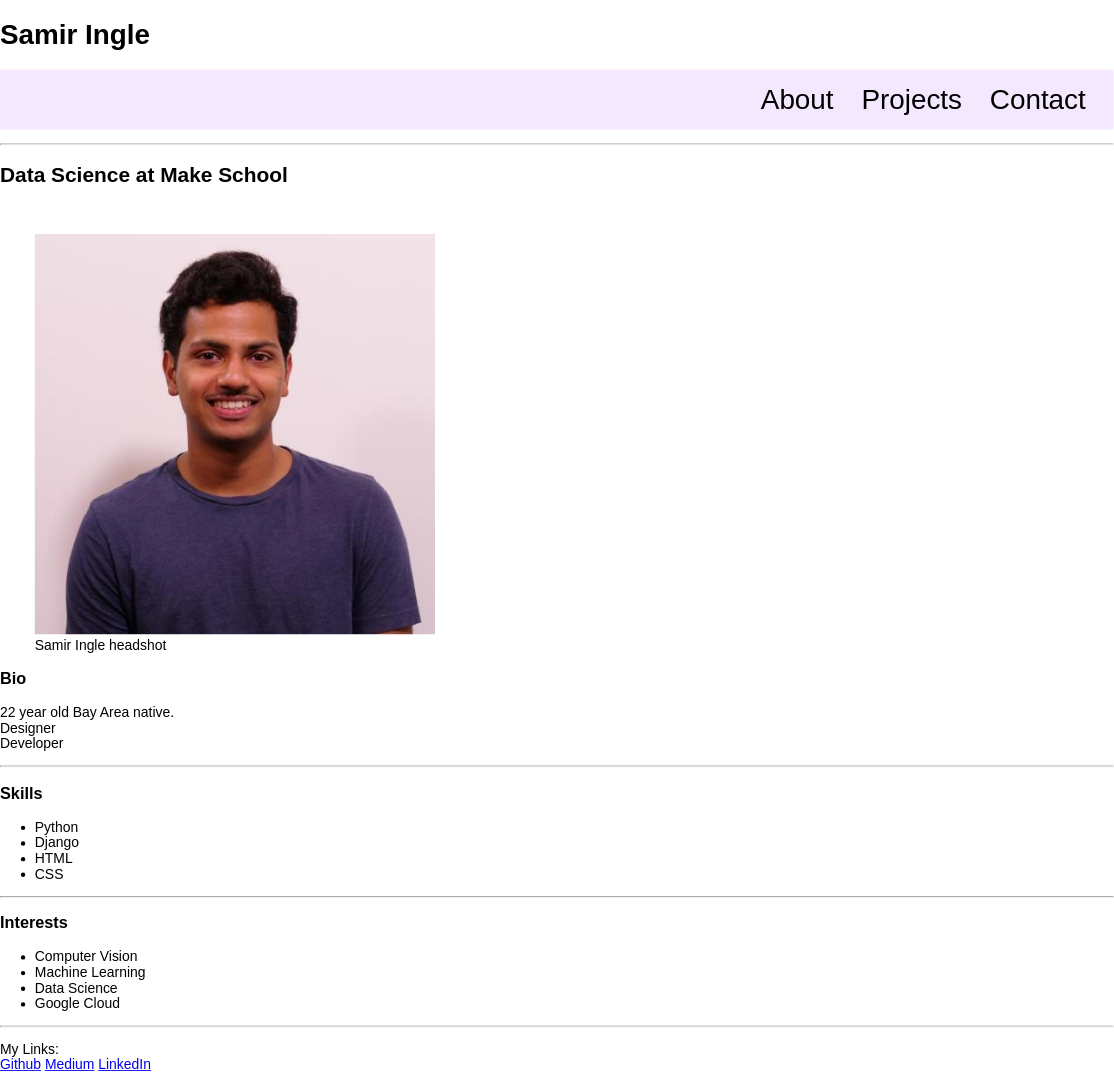
Repository: SamirIngley/html-semantic
Page: index.html
These files come from the project's save history. The page is drawn as it stood at one moment and after the next save; the edit follows.
The browser window is 1280 px wide. The pictures show the whole page, at 87% of full size.

Above is the page before, as saved 2020-01-28 16:54:50.

After the next save:
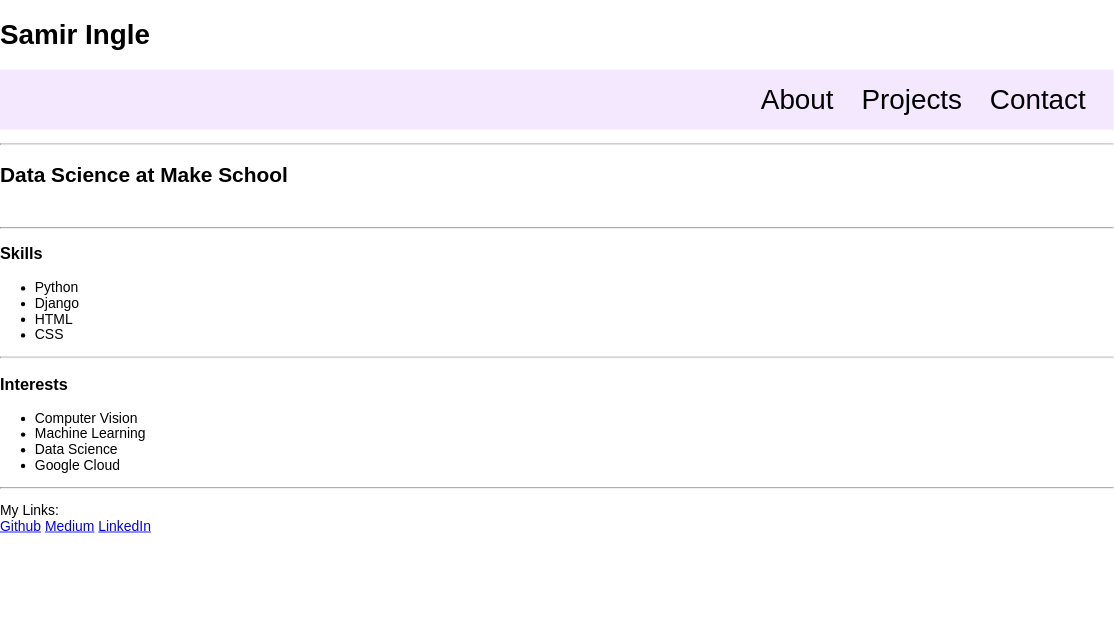
Saved 3 s later.
--- a/index.html
+++ b/index.html
@@ -25,21 +25,7 @@
         <hr>
         <h2><b>Data Science</b> at Make School</h2>
         <br>
-        <figure>
-            <img src="images/prof_pic.jpeg" alt="samir-profile-pic">
-            <figcaption>Samir Ingle headshot</figcaption>
-        </figure>
 
-        <article>
-            <h3>Bio</h3>
-            <p>
-            22 year old Bay Area native.
-            <br>
-            Designer
-            <br>
-            Developer
-            </p>
-        </article>
         <hr>
         <section>
             <h3>Skills</h3>
